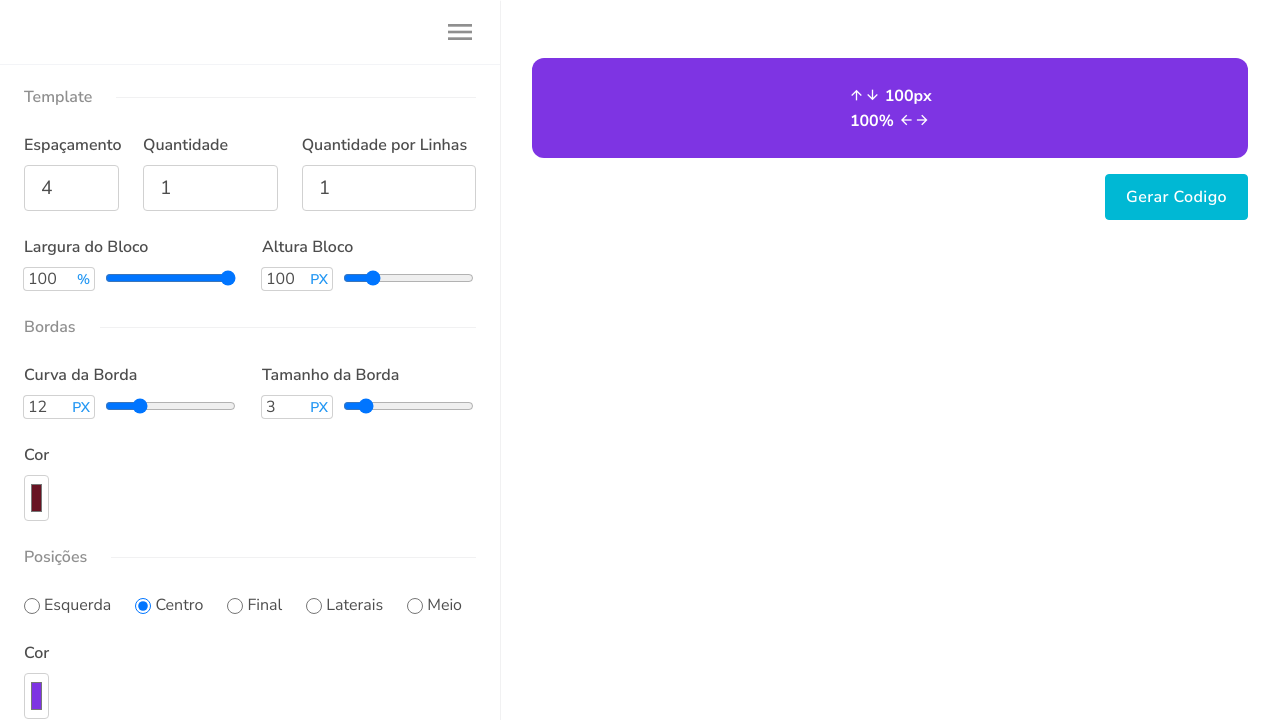
Repository: Flintdl/lowcode-elements
Page: /
An editor plug-in stored every save of this project. The page is shown before and after the next save, followed by the edit.
The browser window is 1280 px wide. The pictures show the whole page.
The project was rebuilt for these pictures with package versions that can differ from the ones it lists, and the page was loaded fresh each time. Also part of the build but not shown: vue.config.js.

Above is the page before, as saved 2022-04-05 15:00:17.

### src/assets/scss/_variables.scss
// Primarys Colors
$standardTextColor: #4d4d4d;

$primaryColor: #8e6dff;
$secondaryColor: #009997;
$buttonDisableColor: #9c9c9c;
$buttonDisableBgColor: #7676764d;

// Menu Colors

$bgMenuColor: #1d1d1d;
$linkMenuColor: #7b8089;
$iconMenuColor: #2a2a2a;
$borderMenuColor: #323232;

// Botão Colors

$btnPrimary: #00b8d4;
$btnPrimaryHover: #0085b0;

// Generics Colors

$whiteColor: #ffffff;
$mutedColor: #8f8f8f;
$cardColor: #f3f4f7;
$cardColorLight: #f9fafc;
$cardColorLightTwo: #f1f5fc;
$greyLight: #d1d1d1;

// Dropdown Colors

$dropdownHeaderColor: #5f5f5f;
$dropdownColor: #ebffff;

// State Colors

$successColor: #3dc661;
$dangerColor: #e7515a;
$warningColor: #e2a03f;
$infoColor: #2196f3;
$defaultColor: #172b4d;
$lightColor: #e0e0e0;

### src/assets/scss/standard.scss
@import "variables";

.sf-content-page {
  transition: margin-left 0.15s ease;
  margin-left: 500px;
  padding: 3.6rem 2rem;
}

input,
select {
  font-size: 1.2rem;
  font-family: "Nunito Sans", sans-serif;
  color: #4d4d4d;
  background-color: #ffffff;
  width: 100%;
  display: block;
  height: 46px;
  padding: 0 1rem;
  border-radius: 4px;
  border: 1px solid #d1d1d1;
}

input:disabled {
  background-color: $buttonDisableBgColor;
}

textarea {
  font-size: 0.875rem;
  font-family: "Nunito Sans", sans-serif;
  color: #4d4d4d;
  background-color: #ffffff;
  width: 100%;
  display: block;
  padding: 1rem;
  border-radius: 4px;
  border: 1px solid #d1d1d1;
  resize: none;
}

input[type="range"] {
  height: fit-content !important;
}

.sf-form-100 {
  width: calc(100% + 24px);
}

/* Input Radio */
.form-selectradio,
.form-selectcheckbox {
  display: flex;
}

.form-selectradiobutton,
.form-selectcheckboxbutton {
  display: inline-block;
  border-radius: 50%;
  margin: 0;
}

.form-selectradiobutton label,
.form-selectcheckboxbutton label {
  font-size: 0.875rem;
  cursor: pointer;
  display: inline-block;
  margin: 0 16px 0 8px;
  vertical-align: middle;
}

input[type="radio"],
input[type="checkbox"] {
  width: 1rem;
  height: 1rem;
  text-align: center;
  position: relative;
  border-radius: 50%;
  line-height: 16px;
  cursor: pointer;
  margin: 0;
  display: inline-block;
  vertical-align: middle;
}

input[type="checkbox"] {
  border-radius: 6px;
}

// Renderização de Consulta - Botão

.sf-action-rendered-content {
  gap: 8px;
  .sf-action-rendered-consult {
    -webkit-box-flex: 1;
    -ms-flex-positive: 1;
    flex-grow: 1;
    white-space: nowrap;
    width: auto;
    span {
      cursor: pointer;
      &:hover {
        // background-color: #27272736 !important;
        border-color: #272727 !important;
      }
      &.actived {
        // background-color: #00b8d436 !important;
        border-color: #00b8d4 !important;
        font-weight: 700;
      }
    }
  }
}

// Renderização de Consulta - Botão

// Conteúdo socio resultado

.sf-card-socio-content {
  gap: 12px;
  .sf-card-socio {
    width: 100%;
    &.actived {
      div {
        background-color: #1fbdd538;
        border-color: #00b8d4 !important;
        color: #0395ac;
      }
    }
    &:hover {
      div {
        border-color: #00b8d4 !important;
        color: #0395ac;
        cursor: pointer;
      }
    }
  }
}
// Conteúdo socio resultado

// Conteúdo contato resultado

.sf-contact-business-content {
  gap: 12px;
  &.sf-business-overflow {
    ::-webkit-scrollbar {
      background: #e0e0e0;
      height: 4px;
      width: 6px;
    }

    ::-webkit-scrollbar-thumb {
      background: #bebebe;
    }
    ::-webkit-scrollbar-track {
      background-color: #e0e0e0;
    }
    ul {
      max-height: 392px;
      overflow-y: auto;
    }
  }
  .sf-contact-content-list {
    width: 100%;
    &.content-list-segments {
      height: fit-content;
      div {
        background-color: #f5f5f5;
        width: 100%;
      }
      &.actived {
        div {
          background-color: #1fbdd538;
          border-color: #00b8d4 !important;
          color: #0395ac;
        }
      }
      &:hover {
        div {
          border-color: #00b8d4 !important;
          color: #0395ac;
          cursor: pointer;
        }
      }
    }
  }
  &.sf-content-grid {
    .sf-contact-content-list {
      flex: initial;
    }
  }
}

.information-list-business {
  .information-list-business-li {
    span {
      width: 100%;
    }
    &:nth-child(odd) {
      background-color: #79797936;
    }
  }
}

.autocomplete-items {
  position: absolute;
  border: 1px solid #d4d4d4;
  margin: 12px 12px 0;
  border-radius: 4px;
  max-height: 210px;
  overflow-y: auto;
  z-index: 99;
  top: 100%;
  left: 0;
  right: 0;
}

.autocomplete-items div {
  padding: 10px;
  cursor: pointer;
  background-color: #fff;
  border-bottom: 1px solid #d4d4d4;
  &:last-child {
    border-bottom: 0;
  }
}

.autocomplete-items div:hover {
  background-color: #e9e9e9;
}

.autocomplete-active {
  background-color: DodgerBlue !important;
  color: #ffffff;
}

@media (min-width: 731px) {
  .sf-contact-business-content {
    .sf-contact-content-list {
      width: calc(50% - 12px);
    }
    &.sf-content-grid {
      .sf-contact-content-list {
        width: calc(50% - 12px);
      }
    }
  }
  .sf-card-socio-content {
    .sf-card-socio {
      width: calc(50% - 12px);
    }
  }
}

@media (min-width: 960px) {
  .sf-contact-business-content {
    .sf-contact-content-list {
      width: calc((100% - 24px) / 3);
    }
    &.sf-content-grid {
      .sf-contact-content-list {
        width: calc((100% - 24px) / 3);
      }
    }
  }
  .sf-card-socio-content {
    .sf-card-socio {
      width: calc((100% - 24px) / 3);
    }
  }
}
@media (min-width: 1200px) {
  .sf-contact-business-content {
    .sf-contact-content-list {
      width: calc((100% - 24px) / 3);
    }
    &.sf-content-grid {
      .sf-contact-content-list {
        width: calc(100% / 4);
      }
    }
  }
  .sf-card-socio-content {
    .sf-card-socio {
      width: calc((100% - 36px) / 4);
    }
  }
}

// Conteúdo contato resultado

.sf-loading-animation {
  z-index: 999999;
  // display: none;
  height: 100px;
  width: 100px;
}

.sf-loading-input {
  height: 100%;
  width: 40px;
}

// Error Style

.sf-error-svg {
  font-size: 3rem;
  font-family: Impact, Haettenschweiler, "Arial Narrow Bold", sans-serif;
}
/*////////////////////v animation//////////////////*/
.text1 {
  fill: none;
  stroke-linejoin: round;
  stroke-dasharray: 1160;
  stroke-dashoffset: 0;
}
.text1:nth-child(3n) {
  fill: #272727;
}

.text1:nth-child(3n + 2) {
  fill: #e7515a;
}

.text2 {
  fill: #2196f3;
}
// Mesagem Box

.mensagem-box {
  position: fixed;
  overflow: hidden;
  z-index: 997;
  right: 30px;
  bottom: 30px;
}

.mensagem {
  margin-bottom: 12px;
  border-radius: 4px;
  padding: 16px 32px;
  font-size: 1rem;
  color: #fff;
  z-index: 998;
}

.mensagem:last-child {
  margin-bottom: 0;
}

.mensagem.success {
  background-color: $successColor;
}

.mensagem.error {
  background-color: $dangerColor;
}

.mensagem.warning {
  background-color: $warningColor;
}

// Mesagem Box

// Error Style

.sf-modal {
  background-color: #000;
  position: fixed;
  z-index: -1;
  display: none;
  height: 100%;
  width: 100%;
  opacity: 0;
  left: 0;
  top: 0;
  &.actived {
    background-color: gray;
    display: block;
    z-index: 9999;
    opacity: 0.8;
  }
}

### src/views/HomeView.vue
<template>
  <div>
    <div class="sf-row">
      <div
        id="sf-preview-code-content"
        class="sf-col-12 sf-mx-auto sf-position-relative"
      >
        <!-- <div class="sf-display-flex sf-flex-wrap sf-width-100">
          <div
            id="sf-grid-template"
            class="sf-grid sf-position-relative"
            :style="{
              width: cssProps.width,
              height: String(valorHeight) + 'px',
              left: inputGap / 2 + 'px',
            }"
            v-bind:key="n"
            v-for="n of quantidade"
          ></div>
        </div> -->
        <div id="sf-preview-code">
          <div
            :style="gapProps"
            :class="[
              'sf-display-flex sf-flex-wrap sf-width-100',
              'sf-justify-content-' + checkValue,
            ]"
          >
            <DivGrid
              v-bind:key="n"
              v-for="n of quantidade"
              :tamanho="String(valor)"
              :altura="String(valorHeight)"
              :cssDefinido="cssProps"
              class="sf-position-relative"
            />
          </div>
        </div>
      </div>
      <div class="sf-col-12 sf-mt-3 sf-display-flex sf-justify-content-end">
        <button class="sf-btn sf-btn-primary" @click="gerarCodigo">
          Gerar Codigo
        </button>
      </div>
    </div>
    <div class="sf-row" v-if="htmlPreviewCode">
      <div class="sf-col-12 sf-mx-auto sf-mt-5 sf-code-content">
        <div class="sf-bg-code sf-p-4 sf-border-radius">
          <code>
            <span class="sf-text-info">Código do Preview</span> <br />
            {{ htmlPreviewCode }}
          </code>
        </div>
      </div>
    </div>
  </div>
</template>

<script>
// @ is an alias to /src

import DivGrid from "@/components/templates/DivGrid.vue";

export default {
  name: "HomeView",
  data: function () {
    return {
      htmlPreviewCode: null,
    };
  },
  components: {
    DivGrid,
  },
  props: {
    valor: String,
    inputGap: String,
    quantidade: Number,
    valorHeight: String,
    quantidadeLinha: String,
    inputBorderRadius: String,
    checkValue: String,
    inputColor: String,
    inputBorder: String,
    inputBorderColor: String,
  },
  computed: {
    cssProps() {
      return {
        width: `calc((${this.valor}% - ${this.inputGap}px * ${
          this.quantidadeLinha - "1"
        }) / ${this.quantidadeLinha})`,
        height: this.valorHeight + "px",
        "border-radius": this.inputBorderRadius + "px",
        "background-color": this.inputColor,
        border: this.inputBorder + "px" + "solid" + this.inputBorderColor,
      };
    },
    gapProps() {
      return {
        gap: this.inputGap + "px",
      };
    },
  },
  methods: {
    gerarCodigo() {
      this.htmlPreviewCode =
        document.getElementById("sf-preview-code").innerHTML;
    },
  },
};
</script>

<style>
#sf-grid-template:after {
  content: "";
  width: 100%;
  height: 150%;
  top: -25%;
  background-color: #ff008c0a;
  border: 1px solid rgba(255, 0, 140, 0.103);
  border-left: 2px solid #ff008c38;
  border-right: 2px solid #ff008c38;
  position: absolute;
}
</style>

### src/components/templates/InputGapTemplate.vue
<template>
  <div class="sf-col-3 sf-form-group">
    <label class="sf-label">Espaçamento</label>
    <input
      type="number"
      min="1"
      max="12"
      value="2"
      id="inputGap"
      v-model="valor"
      class="filter-states sf-text-capitalize"
      placeholder="Quantidade de Blocos"
    />
  </div>
</template>

<script>
export default {
  props: {
    valorInput: String,
  },
  computed: {
    valor: {
      get() {
        var inp = this.valorInput;
        return inp;
      },
      set(valorInput) {
        this.$emit("callback", valorInput);
      },
    },
  },
};
</script>

<style></style>

### src/components/templates/InputQuantidadeTemplate.vue
<template>
  <div class="sf-col-4 sf-form-group">
    <label class="sf-label">Quantidade</label>
    <input
      type="number"
      value="1"
      id="inputQuantidade"
      v-model="valor"
      class="filter-states sf-text-capitalize"
      placeholder="Quantidade de Blocos"
    />
  </div>
</template>

<script>
export default {
  props: {
    valorInput: String,
  },
  computed: {
    valor: {
      get() {
        var inp = this.valorInput;
        return inp;
      },
      set(valorInput) {
        this.$emit("callback", valorInput);
      },
    },
  },
};
</script>

<style></style>

### src/components/templates/InputQuantLinhasTemplate.vue
<template>
  <div class="sf-col-5 sf-form-group">
    <label class="sf-label">Quantidade por Linhas</label>
    <input
      type="number"
      min="1"
      max="12"
      value="1"
      id="inputQuantidadeLinha"
      v-model="valor"
      class="filter-states sf-text-capitalize"
      placeholder="Quantidade Linha"
    />
  </div>
</template>

<script>
export default {
  props: {
    valorInput: String,
  },
  computed: {
    valor: {
      get() {
        var inp = this.valorInput;
        return inp;
      },
      set(valorInput) {
        this.$emit("callback", valorInput);
      },
    },
  },
};
</script>

<style></style>

### src/components/templates/InputLarguraBloco.vue
<template>
  <div class="sf-col-6 sf-form-group">
    <label class="sf-label">Largura do Bloco</label>
    <div class="sf-input-group">
      <div
        class="sf-input-group-append sf-display-flex sf-justify-content-center"
      >
        <div
          class="sf-display-flex sf-align-items-center sf-justify-content-center sf-border-left-0 sf-border-radius sf-border-radius-left-0 sf-pr-2 sf-text-info sf-font-weight-bold sf-min-80-px"
        >
          <div class="sf-input-group">
            <input
              type="number"
              value="1"
              min="1"
              max="100"
              v-model="valor"
              class="sf-text-md sf-height-fit-content sf-pr-0 sf-pl-1 sf-border-right-0 sf-border-radius-right-0 sf-text-capitalize"
              placeholder="Curva da Borda"
            />
            <div
              class="sf-input-group-append sf-display-flex sf-justify-content-center"
            >
              <div
                class="sf-display-flex sf-align-items-center sf-border sf-justify-content-center sf-border-left-0 sf-border-radius sf-border-radius-left-0 sf-pr-1 sf-text-info sf-font-weight-bold sf-text-sm"
              >
                %
              </div>
            </div>
          </div>
        </div>
      </div>
      <input
        type="range"
        min="10"
        max="100"
        value="10"
        id="inputRange"
        v-model="valor"
        class="sf-px-0 sf-border-right-0 sf-border-radius-right-0 sf-text-capitalize"
      />
    </div>
  </div>
</template>

<script>
export default {
  props: {
    valorInput: String,
  },
  computed: {
    valor: {
      get() {
        var inp = this.valorInput;
        return inp;
      },
      set(valorInput) {
        this.$emit("callback", valorInput);
      },
    },
  },
};
</script>

<style></style>

### src/components/templates/InputAlturaBloco.vue
<template>
  <div class="sf-col-6 sf-form-group">
    <label class="sf-label">Altura Bloco</label>
    <div class="sf-input-group">
      <div
        class="sf-input-group-append sf-display-flex sf-justify-content-center"
      >
        <div
          class="sf-display-flex sf-align-items-center sf-justify-content-center sf-border-left-0 sf-border-radius sf-border-radius-left-0 sf-pr-2 sf-text-info sf-font-weight-bold sf-min-80-px"
        >
          <div class="sf-input-group">
            <input
              type="number"
              value="1"
              min="1"
              max="500"
              v-model="valor"
              class="sf-text-md sf-height-fit-content sf-pr-0 sf-pl-1 sf-border-right-0 sf-border-radius-right-0 sf-text-capitalize"
              placeholder="Curva da Borda"
            />
            <div
              class="sf-input-group-append sf-display-flex sf-justify-content-center"
            >
              <div
                class="sf-display-flex sf-align-items-center sf-border sf-justify-content-center sf-border-left-0 sf-border-radius sf-border-radius-left-0 sf-pr-1 sf-text-info sf-font-weight-bold sf-text-sm"
              >
                PX
              </div>
            </div>
          </div>
        </div>
      </div>
      <input
        type="range"
        min="10"
        max="500"
        id="valorHeight"
        v-model="valor"
        class="sf-px-0 sf-border-right-0 sf-border-radius-right-0 sf-text-capitalize"
      />
    </div>
  </div>
</template>

<script>
export default {
  props: {
    valorInput: String,
  },
  computed: {
    valor: {
      get() {
        var inp = this.valorInput;
        return inp;
      },
      set(valorInput) {
        this.$emit("callback", valorInput);
      },
    },
  },
};
</script>

<style></style>

### src/components/templates/InputBorderRadiusBloco.vue
<template>
  <div class="sf-col-6 sf-form-group">
    <label class="sf-label">Curva da Borda</label>
    <div class="sf-input-group">
      <div
        class="sf-input-group-append sf-display-flex sf-justify-content-center"
      >
        <div
          class="sf-display-flex sf-align-items-center sf-justify-content-center sf-border-left-0 sf-border-radius sf-border-radius-left-0 sf-pr-2 sf-text-info sf-font-weight-bold sf-min-80-px"
        >
          <div class="sf-input-group">
            <input
              type="number"
              value="1"
              min="1"
              max="50"
              v-model="valor"
              class="sf-text-md sf-height-fit-content sf-pr-0 sf-pl-1 sf-border-right-0 sf-border-radius-right-0 sf-text-capitalize"
              placeholder="Curva da Borda"
            />
            <div
              class="sf-input-group-append sf-display-flex sf-justify-content-center"
            >
              <div
                class="sf-display-flex sf-align-items-center sf-border sf-justify-content-center sf-border-left-0 sf-border-radius sf-border-radius-left-0 sf-pr-1 sf-text-info sf-font-weight-bold sf-text-sm"
              >
                PX
              </div>
            </div>
          </div>
        </div>
      </div>
      <input
        type="range"
        value="1"
        min="1"
        max="50"
        id="inputBorderRadius"
        v-model="valor"
        class="sf-px-0 sf-border-right-0 sf-border-radius-right-0 sf-text-capitalize"
        placeholder="Curva da Borda"
      />
    </div>
  </div>
</template>

<script>
export default {
  props: {
    valorInput: String,
  },
  computed: {
    valor: {
      get() {
        var inp = this.valorInput;
        return inp;
      },
      set(valorInput) {
        this.$emit("callback", valorInput);
      },
    },
  },
};
</script>

<style></style>

### src/components/templates/InputBorderBloco.vue
<template>
  <div class="sf-col-6 sf-form-group">
    <label class="sf-label">Tamanho da Borda</label>
    <div class="sf-input-group">
      <div
        class="sf-input-group-append sf-display-flex sf-justify-content-center"
      >
        <div
          class="sf-display-flex sf-align-items-center sf-justify-content-center sf-border-left-0 sf-border-radius sf-border-radius-left-0 sf-pr-2 sf-text-info sf-font-weight-bold sf-min-80-px"
        >
          <div class="sf-input-group">
            <input
              type="number"
              value="1"
              min="1"
              max="50"
              v-model="valor"
              class="sf-text-md sf-height-fit-content sf-pr-0 sf-pl-1 sf-border-right-0 sf-border-radius-right-0 sf-text-capitalize"
              placeholder="Curva da Borda"
            />
            <div
              class="sf-input-group-append sf-display-flex sf-justify-content-center"
            >
              <div
                class="sf-display-flex sf-align-items-center sf-border sf-justify-content-center sf-border-left-0 sf-border-radius sf-border-radius-left-0 sf-pr-1 sf-text-info sf-font-weight-bold sf-text-sm"
              >
                PX
              </div>
            </div>
          </div>
        </div>
      </div>
      <input
        type="range"
        value="1"
        min="0"
        max="24"
        id="inputBorder"
        v-model="valor"
        class="sf-px-0 sf-border-right-0 sf-border-radius-right-0 sf-text-capitalize"
        placeholder="Curva da Borda"
      />
    </div>
  </div>
</template>

<script>
export default {
  props: {
    valorInput: String,
  },
  computed: {
    valor: {
      get() {
        var inp = this.valorInput;
        return inp;
      },
      set(valorInput) {
        this.$emit("callback", valorInput);
      },
    },
  },
};
</script>

<style></style>

### src/components/templates/InputPosicaoBloco.vue
<template>
  <div class="sf-row">
    <div class="sf-col-12 sf-form-group">
      <span
        class="sf-text-md sf-font-weight-bold sf-text-muted sf-display-flex sf-align-items-center"
      >
        Posições
        <hr class="sf-width-100 sf-ml-4" />
      </span>
    </div>
    <div class="sf-col-auto sf-form-group">
      <input
        id="start"
        type="radio"
        name="positionDivs"
        v-model="valor"
        value="start"
        checked
      />
      <label for="start"> Esquerda</label>
    </div>

    <div class="sf-col-auto sf-form-group">
      <input
        type="radio"
        id="center"
        name="positionDivs"
        v-model="valor"
        value="center"
      />
      <label for="center"> Centro</label>
    </div>

    <div class="sf-col-auto sf-form-group">
      <input
        type="radio"
        id="end"
        name="positionDivs"
        v-model="valor"
        value="end"
      />
      <label for="end"> Final</label>
    </div>
    <div class="sf-col-auto sf-form-group">
      <input
        type="radio"
        id="between"
        name="positionDivs"
        v-model="valor"
        value="between"
      />
      <label for="between"> Laterais</label>
    </div>
    <div class="sf-col-auto sf-form-group">
      <input
        type="radio"
        id="around"
        name="positionDivs"
        v-model="valor"
        value="around"
      />
      <label for="around"> Meio</label>
    </div>
  </div>
</template>

<script>
export default {
  props: {
    valorInput: String,
  },
  computed: {
    valor: {
      get() {
        var inp = this.valorInput;
        return inp;
      },
      set(valorInput) {
        this.$emit("callback", valorInput);
      },
    },
  },
};
</script>

<style></style>

### src/components/templates/InputBorderCorBloco.vue
<template>
  <div class="sf-col-auto sf-form-group">
    <label class="sf-label">Cor</label>
    <input
      type="color"
      id="inputBorderColor"
      v-model="valor"
      class="sf-p-1 sf-text-capitalize"
      placeholder="Quantidade de Blocos"
    />
  </div>
</template>

<script>
export default {
  props: {
    valorInput: String,
  },
  computed: {
    valor: {
      get() {
        var inp = this.valorInput;
        return inp;
      },
      set(valorInput) {
        this.$emit("callback", valorInput);
      },
    },
  },
};
</script>

<style></style>

### src/components/templates/DivGrid.vue
<template>
  <div class="sf-position-relative sf-overflow-hidden" :style="cssDefinido">
    <span
      class="sf-position-absolute sf-centerAbsolute-xy sf-text-white sf-font-weight-extra-bold sf-text-center"
      :style="tamanho"
    >
      <i
        class="mdi mdi-arrow-up sf-text-md sf-text-white sf-dropdown-action"
      ></i>
      <i
        class="mdi mdi-arrow-down sf-text-md sf-text-white sf-dropdown-action"
      ></i>
      {{ altura }}px <br />

      {{ tamanho }}%
      <i
        class="mdi mdi-arrow-left sf-text-md sf-text-white sf-dropdown-action"
      ></i>
      <i
        class="mdi mdi-arrow-right sf-text-md sf-text-white sf-dropdown-action"
      ></i>
    </span>
  </div>
</template>

<script>
export default {
  props: {
    cssDefinido: Object,
    tamanho: String,
    altura: String,
  },
};
</script>

<style></style>

Loaded but not shown: public/index.html (common file); src/main.js (common file); src/App.vue (common file); src/registerServiceWorker.js (common file); src/router/index.js (common file); src/assets/scss/materialdesignicons.scss (9 lines, source omitted); src/assets/scss/style.scss (4097 lines, source omitted); src/assets/scss/menu.scss (396 lines, source omitted); src/components/Menu/MenuTemplate.vue (239 lines, source omitted)

After the next save:
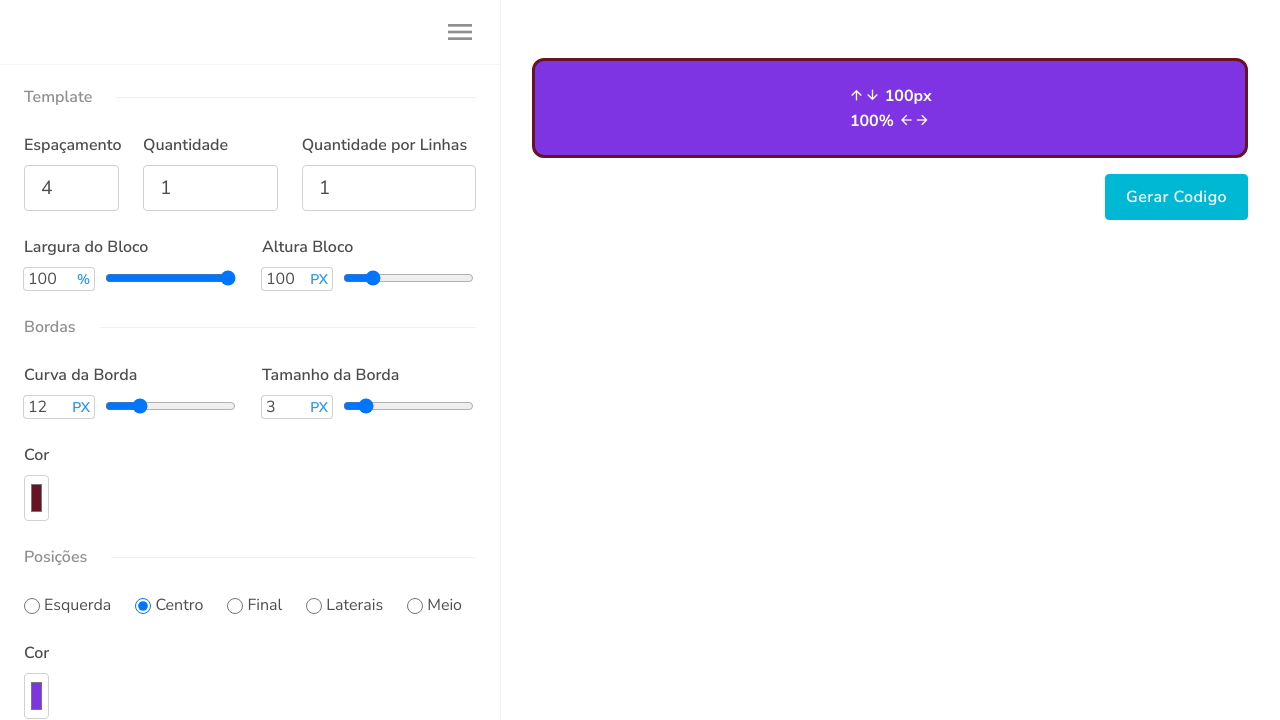
Saved 6 s later.
--- a/src/views/HomeView.vue
+++ b/src/views/HomeView.vue
@@ -92,7 +92,7 @@ export default {
         height: this.valorHeight + "px",
         "border-radius": this.inputBorderRadius + "px",
         "background-color": this.inputColor,
-        border: this.inputBorder + "px" + "solid" + this.inputBorderColor,
+        border: this.inputBorder + "px" + " solid " + this.inputBorderColor,
       };
     },
     gapProps() {
